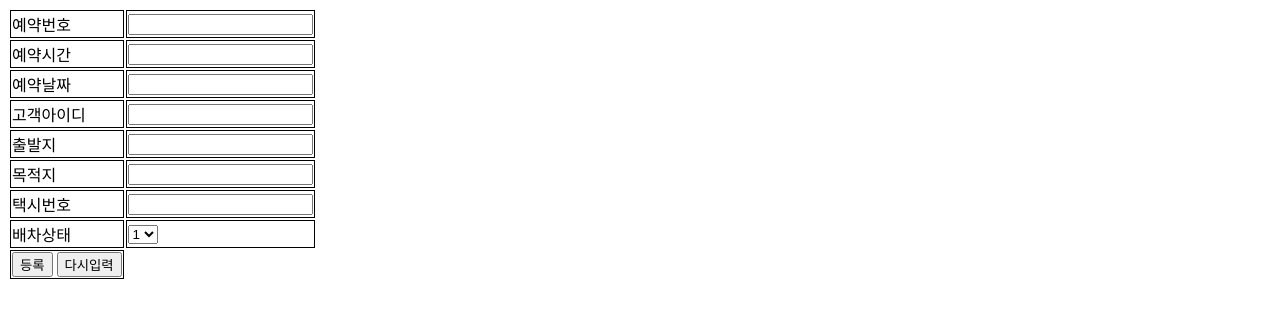
Repository: khs220507/WebClass
Page: prj0828/src/main/webapp/register_taxi.html
The author's editor kept a copy of each file at every save. The page is drawn from the files as they stood at one save, then again after the next save.
The browser window is 1280 px wide. The pictures show the whole page.

Above is the page before, as saved 2023-08-28 06:44:20.

### prj0828/src/main/webapp/register_taxi.html
<!DOCTYPE html>
<html>
<head>
<meta charset="UTF-8">
<title>Insert title here</title>
<link href="./css/register_taxi.css" rel="stylesheet"/>
</head>
<body>

	<table>
		<tr>
			<td>예약번호</td>
			<td><input type="text"></td>
		</tr>
		<tr>
			<td>예약시간</td>
			<td><input type="text"></td>
		</tr>
		<tr>
			<td>예약날짜</td>
			<td><input type="text"></td>
		</tr>
		<tr>
			<td>고객아이디</td>
			<td><input type="text"></td>
		</tr>
		<tr>
			<td>출발지</td>
			<td><input type="text"></td>
		</tr>
		<tr>
			<td>목적지</td>
			<td><input type="text"></td>
		</tr>
		<tr>
			<td>택시번호</td>
			<td><input type="text"></td>
		</tr>
		<tr>
			<td>배차상태</td>
			<td><select>
				<option>1</option>
				<option>2</option>
				<option>3</option>
			</select></td>
		</tr>
		<tr>
			<td><button>등록</button>
			<button>다시입력</button></td>

		</tr>
	</table>

</body>
</html>

### prj0828/src/main/webapp/css/register_taxi.css
@charset "UTF-8";

td{
	border: 1px solid black;
}

After the next save:
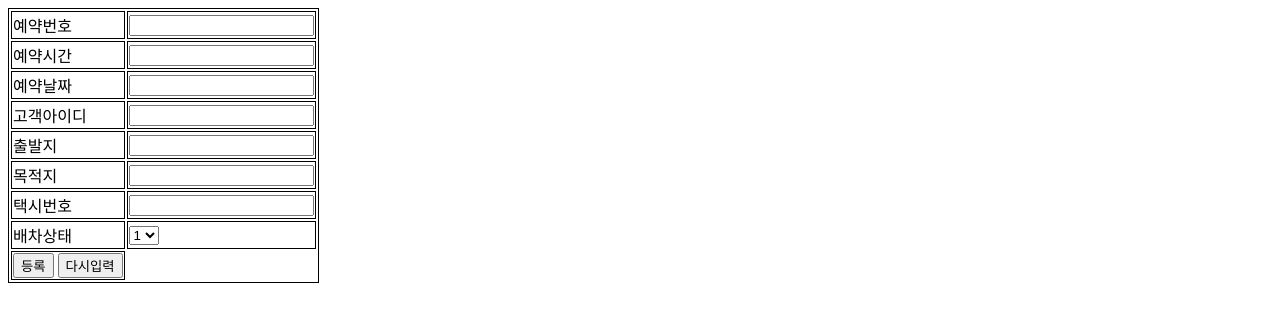
Saved 29 s later.
--- a/prj0828/src/main/webapp/css/register_taxi.css
+++ b/prj0828/src/main/webapp/css/register_taxi.css
@@ -1,5 +1,9 @@
 @charset "UTF-8";
 
+
+table{
+	border: 1px solid black;
+}
 td{
 	border: 1px solid black;
 }
